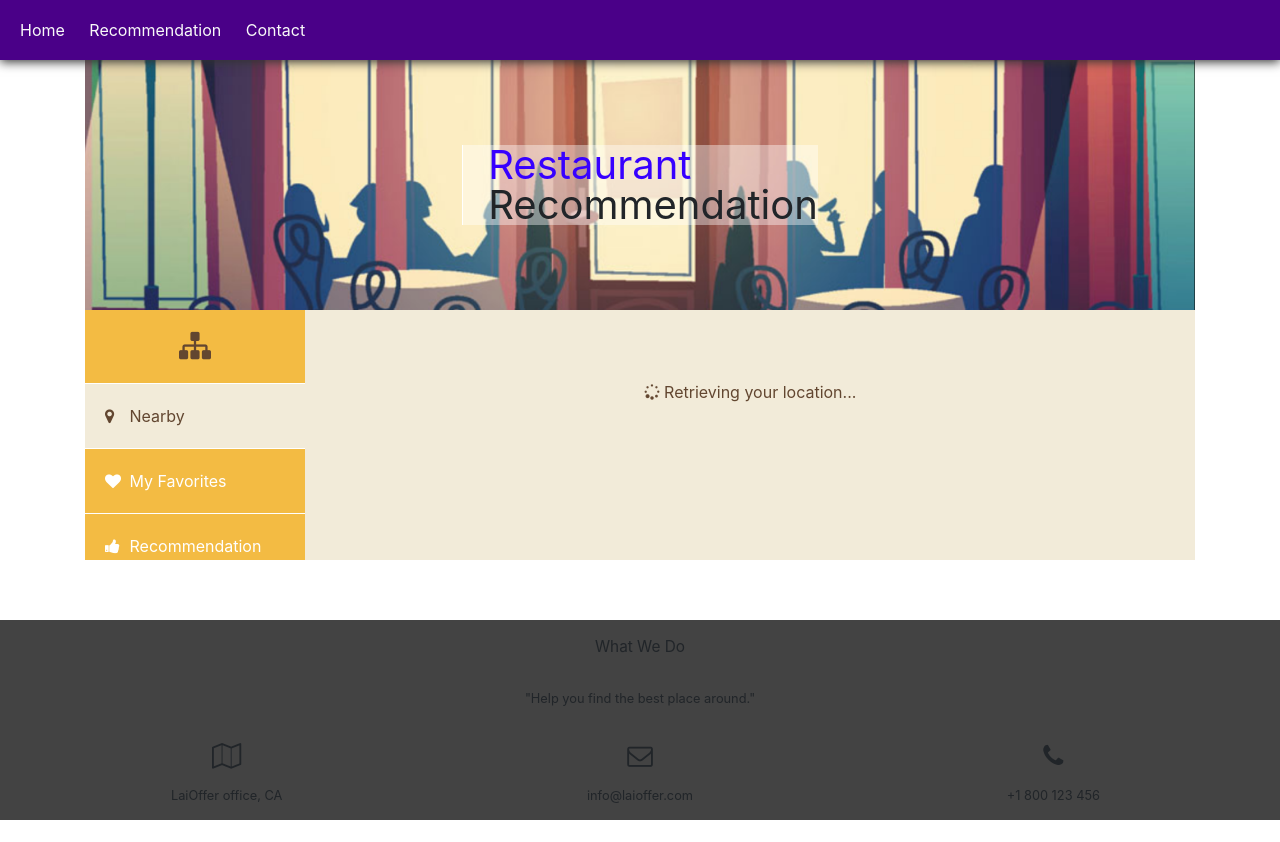
Repository: bchenSyr/restaurant-recommend
Page: YelpRecommend/WebContent/index.html
The author's editor kept a copy of each file at every save. The page is drawn from the files as they stood at one save, then again after the next save.
The browser window is 1280 px wide. The pictures show the whole page.
Some web libraries are served in a nearby version.

Above is the page before, as saved 2018-09-17 06:23:08.

After the next save:
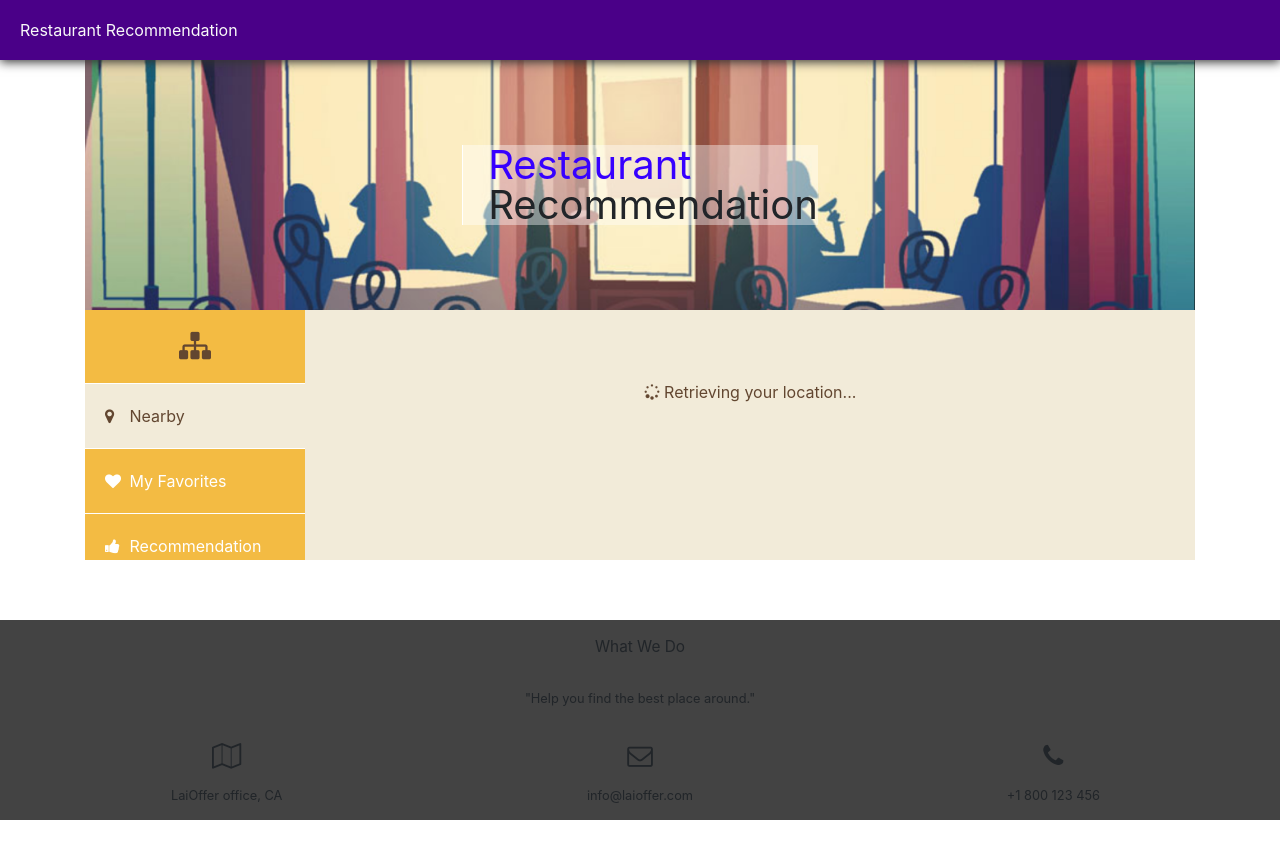
Saved 15 min 11 s later.
--- a/YelpRecommend/WebContent/index.html
+++ b/YelpRecommend/WebContent/index.html
@@ -12,14 +12,12 @@
     <link rel="stylesheet" href="https://maxcdn.bootstrapcdn.com/font-awesome/4.5.0/css/font-awesome.min.css">
     <link rel="stylesheet" href="https://stackpath.bootstrapcdn.com/bootstrap/4.1.3/css/bootstrap.min.css" integrity="sha384-MCw98/SFnGE8fJT3GXwEOngsV7Zt27NXFoaoApmYm81iuXoPkFOJwJ8ERdknLPMO" crossorigin="anonymous">
 
-    <title>Item Recommendation Final</title>
+    <title>Restaurant Recommendation Final</title>
 </head>
 <body>
    <header class="top-header">
     <nav class="top-nav">
-      <a href="#">Home</a>
-      <a href="./home.html">Recommendation</a>
-      <a href="#">Contact</a>
+      <a href="#"> Restaurant Recommendation </a>
     </nav>
 
 <!--      <span id="welcome-msg"></span>
